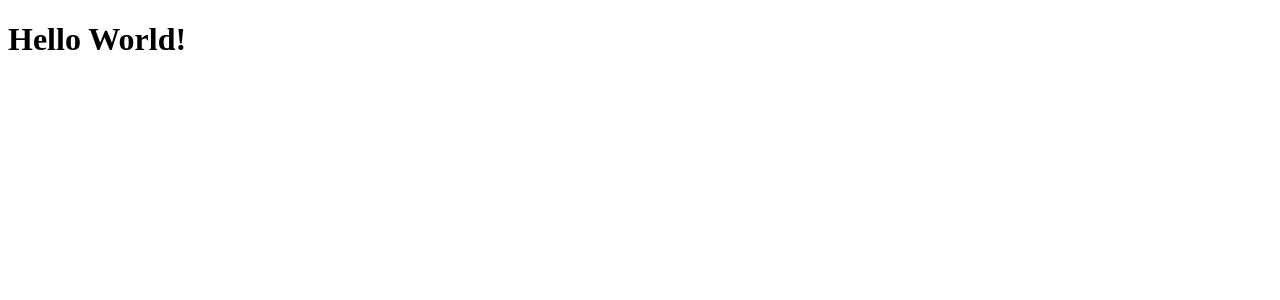
Repository: kiyo6318/webpack_practice
Page: src/templetes/index.html
The author's editor kept a copy of each file at every save. The page is drawn from the files as they stood at one save, then again after the next save.
The browser window is 1280 px wide. The pictures show the whole page.

Above is the page before, as saved 2020-08-30 13:05:49.

### src/templetes/index.html
<!DOCTYPE html>
<html lang="en">
  <head>
    <meta charset="UTF-8" />
    <meta name="viewport" content="width=device-width, initial-scale=1.0" />
    <title>Template HTML</title>
  </head>
  <body>
    <h1>Hello World!</h1>
  </body>
</html>

After the next save:
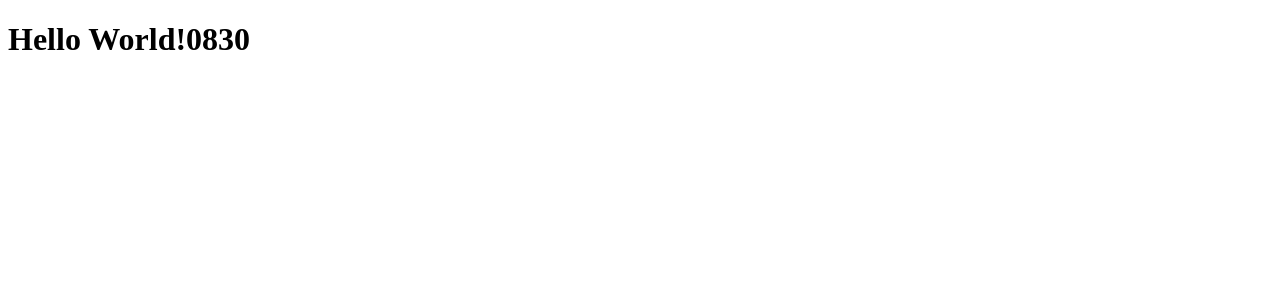
Saved 64 s later.
--- a/src/templetes/index.html
+++ b/src/templetes/index.html
@@ -6,6 +6,6 @@
     <title>Template HTML</title>
   </head>
   <body>
-    <h1>Hello World!</h1>
+    <h1>Hello World!0830</h1>
   </body>
 </html>
